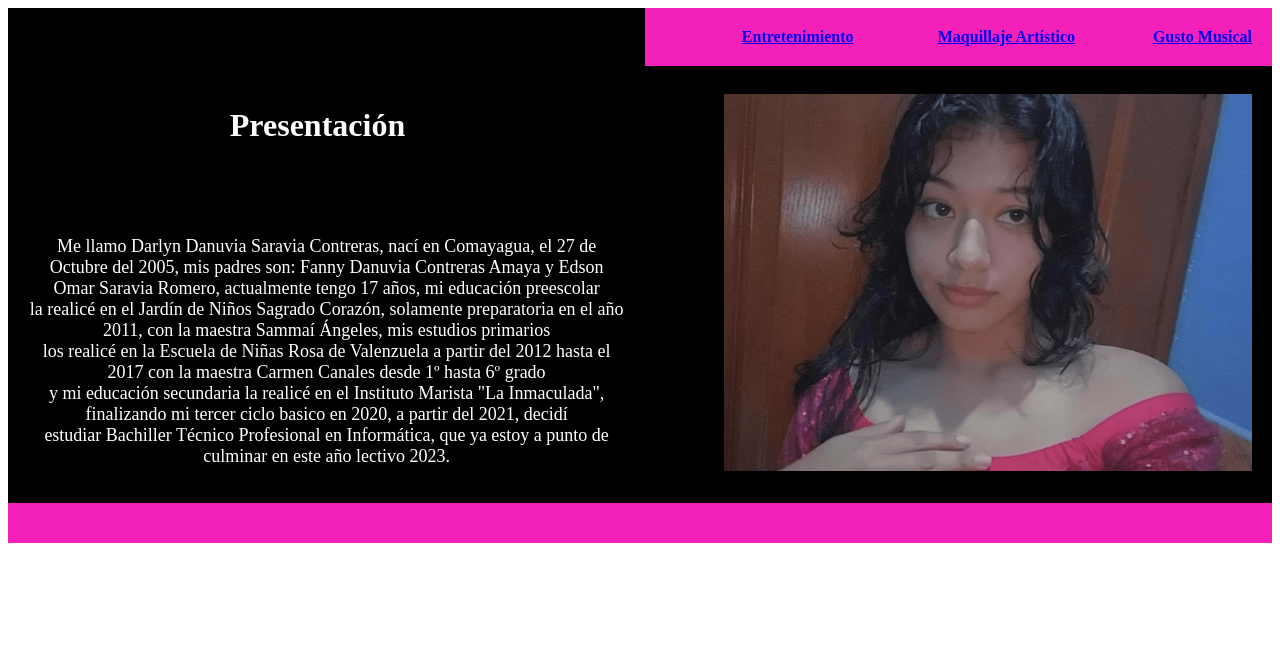
Repository: darlyn-saravia27/portafolio-darlynsaravia
Page: archivoshtml/index.html
These files come from the project's save history. The page is drawn as it stood at one moment and after the next save; the edit follows.
The browser window is 1280 px wide. The pictures show the whole page.

Above is the page before, as saved 2023-03-05 03:32:58.

### archivoshtml/index.html
<!DOCTYPE html>
<html lang="en">
<head>
    <meta charset="UTF-8">
    <meta http-equiv="X-UA-Compatible" content="IE=edge">
    <meta name="viewport" content="width=device-width, initial-scale=1.0">
    <title>Mi Portafolio Web</title>
</head>
<body>
    <table align="center" cellspacing="0" cellpadding="20%" width="100%">
    <tr align="center" bgcolor="black">
        <td>-----------------------------------------------------------------------------------</td>
        <td align="right" bgcolor="F321BA"><font color="white"><strong><a href="entretenimiento.html">
            Entretenimiento</a></strong></font></td>
        <td align="right" bgcolor="F321BA"><font color="white"><strong><a href="maquillaje.html">
            Maquillaje Artístico</a></strong></font></td>
        <td align="right" bgcolor="F321BA"><font color="white"><strong><a href="gustomusical.html">
            Gusto Musical</a></strong></font></td>
    </tr>
    <tr bgcolor="#000000">
        <td align="center">
            <h1><font color="white">Presentación</font>></h1>
            <br>
            <br>
            <br>
            <p><font color="white" size="4"> Me llamo Darlyn Danuvia Saravia Contreras, nací en Comayagua,
                el 27 de Octubre del 2005, mis padres son: Fanny Danuvia Contreras Amaya y Edson Omar Saravia
                Romero, actualmente tengo 17 años, mi educación preescolar <br>la realicé
                en el Jardín de Niños Sagrado Corazón, solamente preparatoria en el año 2011,
                con la maestra Sammaí Ángeles, mis estudios primarios <br>los realicé en la
                Escuela de Niñas Rosa de Valenzuela a partir del 2012 hasta el 2017 con
                la maestra Carmen Canales desde 1º hasta 6º grado <br>y mi educación secundaria la
                realicé en el Instituto Marista "La Inmaculada", finalizando
                mi tercer ciclo basico en 2020, a partir del 2021, decidí <br>estudiar Bachiller
                Técnico Profesional en Informática, que ya estoy a punto de culminar en este año lectivo 2023.</font>
            </p>
        </td>
        <td align="right" colspan="3">
            <img src="foto.png" alt="Darlyn Saravia" width="90%" height="90%">
        </td>
    </tr>
    <tr bgcolor="F321BA" border color="F321BA">
        <td></td>
        <td></td>
        <td></td>
        <td></td>
    </tr></tr>
</body>
</html>

After the next save:
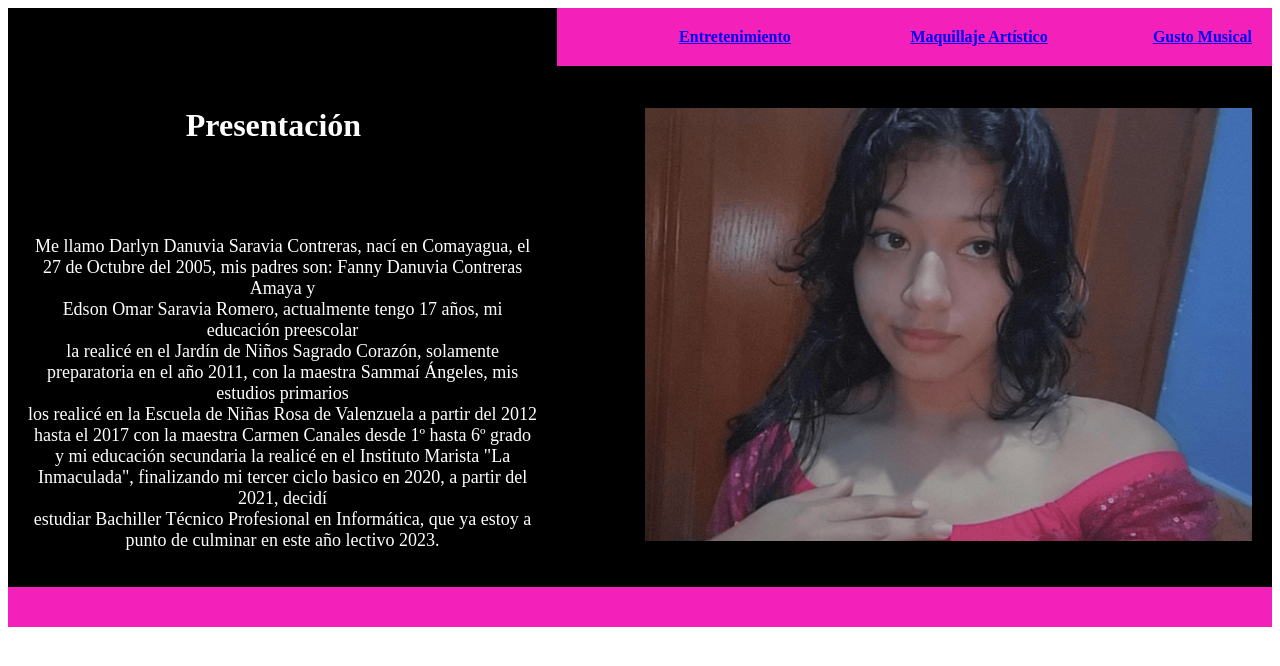
Saved 28 s later.
--- a/archivoshtml/index.html
+++ b/archivoshtml/index.html
@@ -24,7 +24,7 @@
             <br>
             <br>
             <p><font color="white" size="4"> Me llamo Darlyn Danuvia Saravia Contreras, nací en Comayagua,
-                el 27 de Octubre del 2005, mis padres son: Fanny Danuvia Contreras Amaya y Edson Omar Saravia
+                el 27 de Octubre del 2005, mis padres son: Fanny Danuvia Contreras Amaya y <br>Edson Omar Saravia
                 Romero, actualmente tengo 17 años, mi educación preescolar <br>la realicé
                 en el Jardín de Niños Sagrado Corazón, solamente preparatoria en el año 2011,
                 con la maestra Sammaí Ángeles, mis estudios primarios <br>los realicé en la
